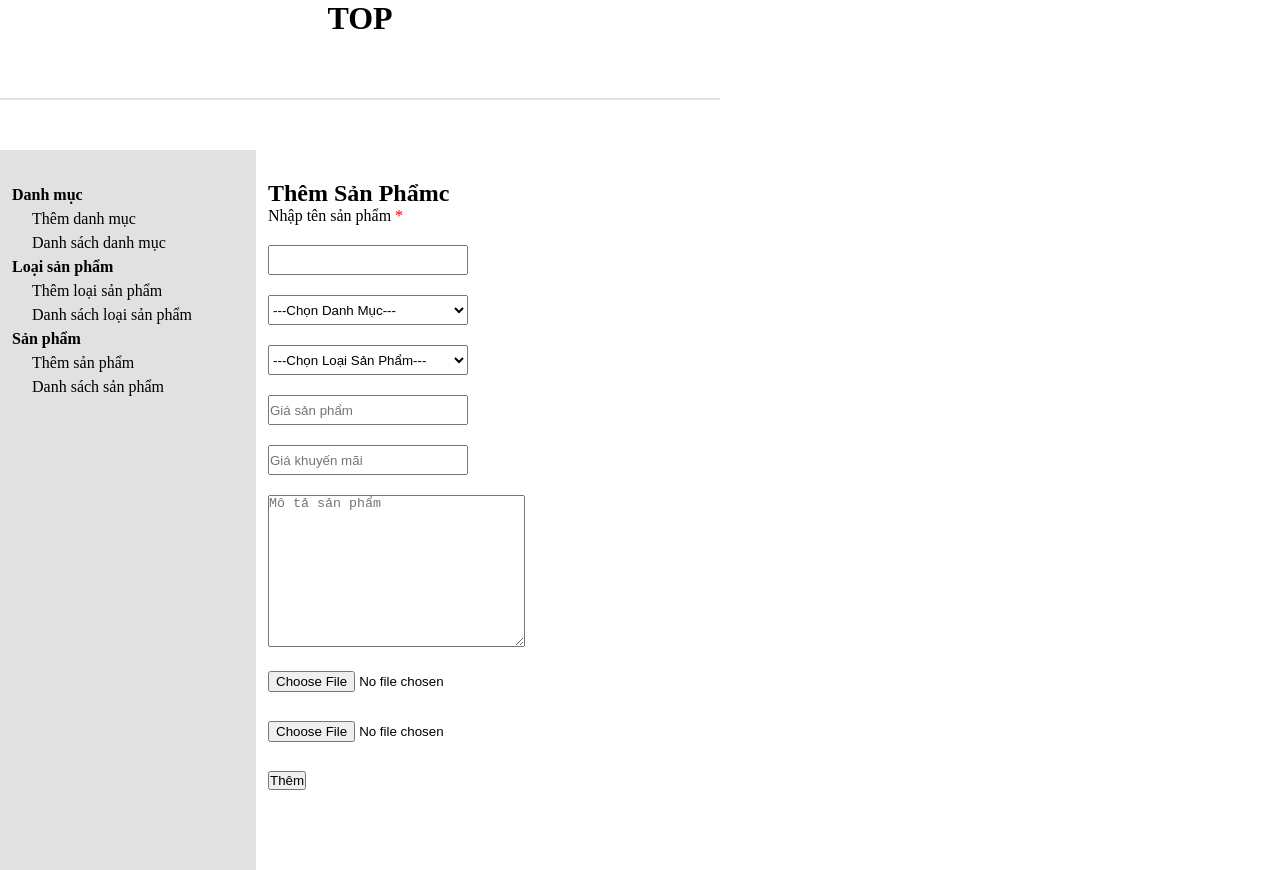
Repository: dinhvanbinh2310/ivy-moda
Page: Admin/productadd.html
These files come from the project's save history. The page is drawn as it stood at one moment and after the next save; the edit follows.
The browser window is 1280 px wide. The pictures show the whole page.

Above is the page before, as saved 2022-07-06 16:04:56.

After the next save:
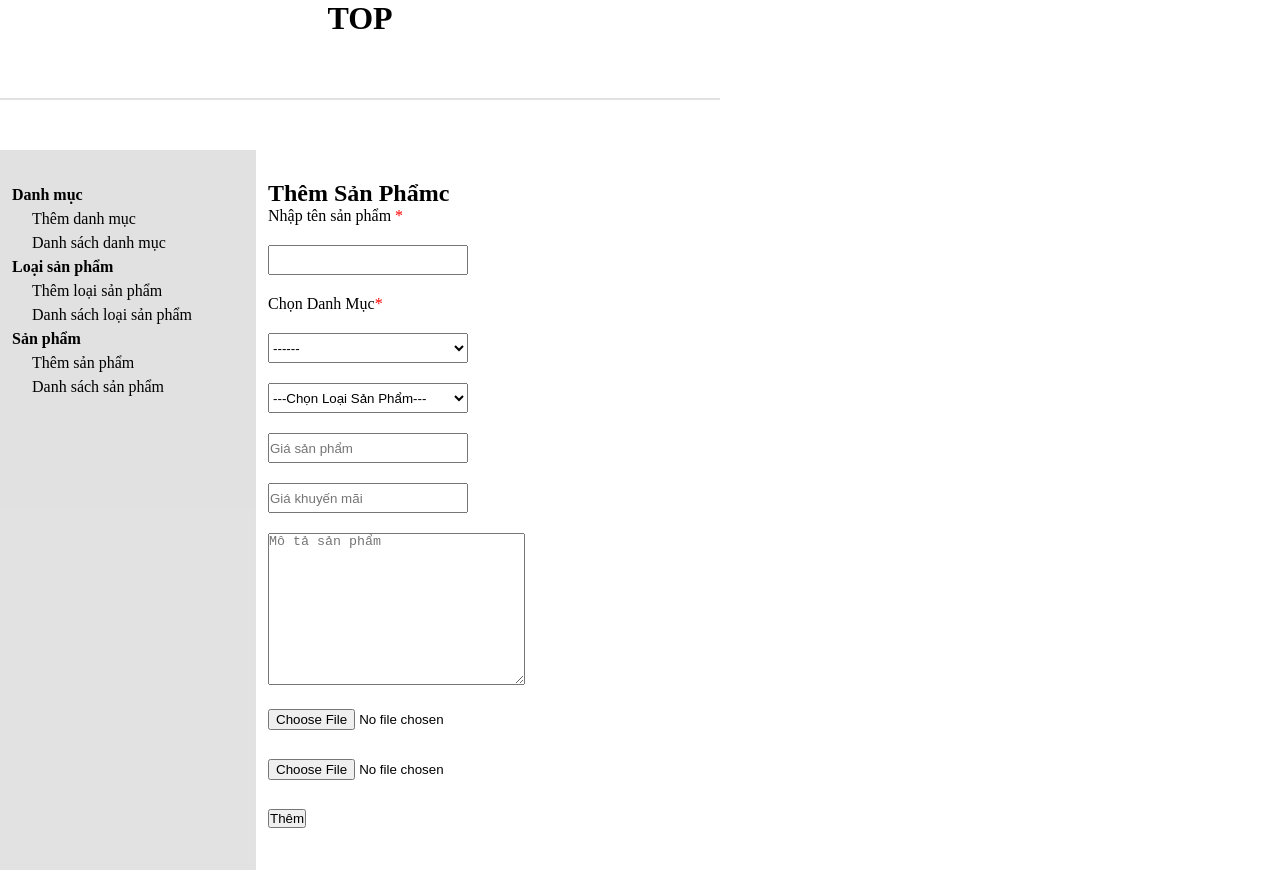
Saved 24 s later.
--- a/Admin/productadd.html
+++ b/Admin/productadd.html
@@ -39,8 +39,9 @@
           <form action="" method="POST">
             <label for="">Nhập tên sản phẩm <span style="color:red;">*</span></label>
             <input type="text">
+            <label for="">Chọn Danh Mục<span style="color:red;">*</span></label>
             <select name="" id="">
-                <option value="#">---Chọn Danh Mục---</option>
+                <option value="#">------</option>
             </select>
             <select name="" id="">
               <option value="#">---Chọn Loại Sản Phẩm---</option>
